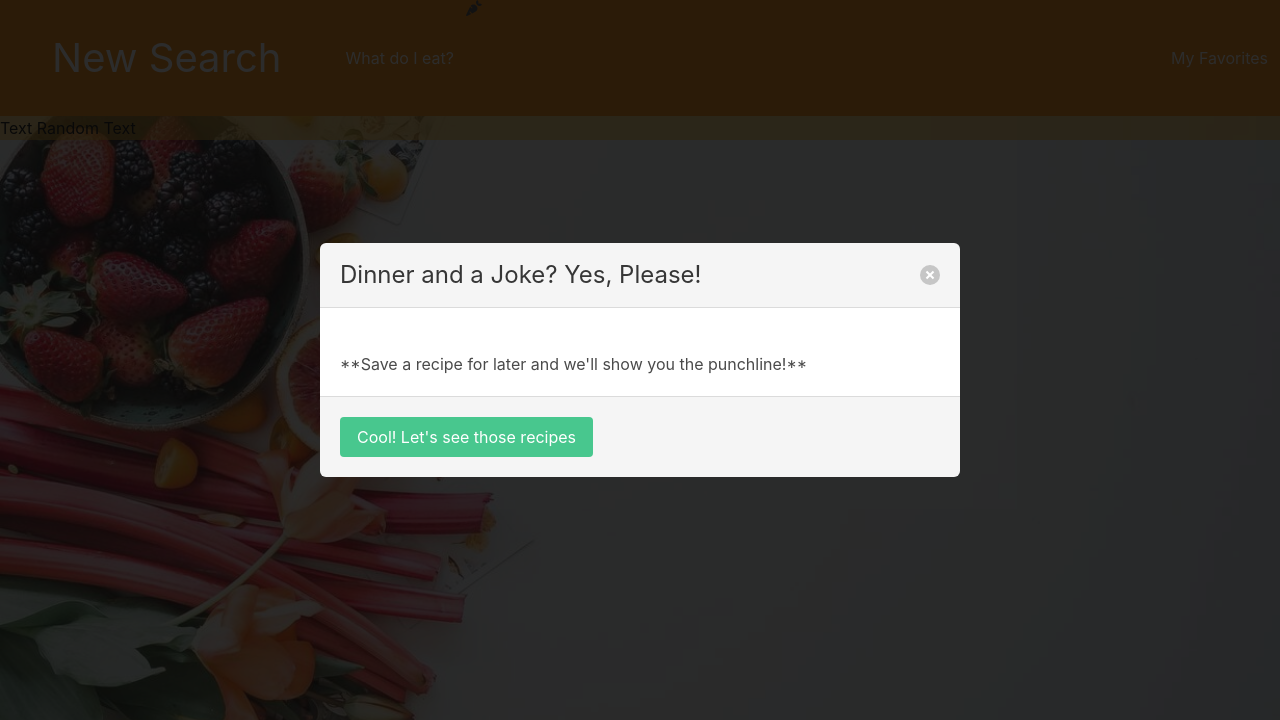
Repository: puakehaulani/the-hungry-app-proj1
Page: results.html
The author's editor kept a copy of each file at every save. The page is drawn from the files as they stood at one save, then again after the next save.
The browser window is 1280 px wide. The pictures show the whole page.
The page's requests for data from a server got no answer. Some web libraries are served in a nearby version.

Above is the page before, as saved 2020-10-16 21:28:54.

After the next save:
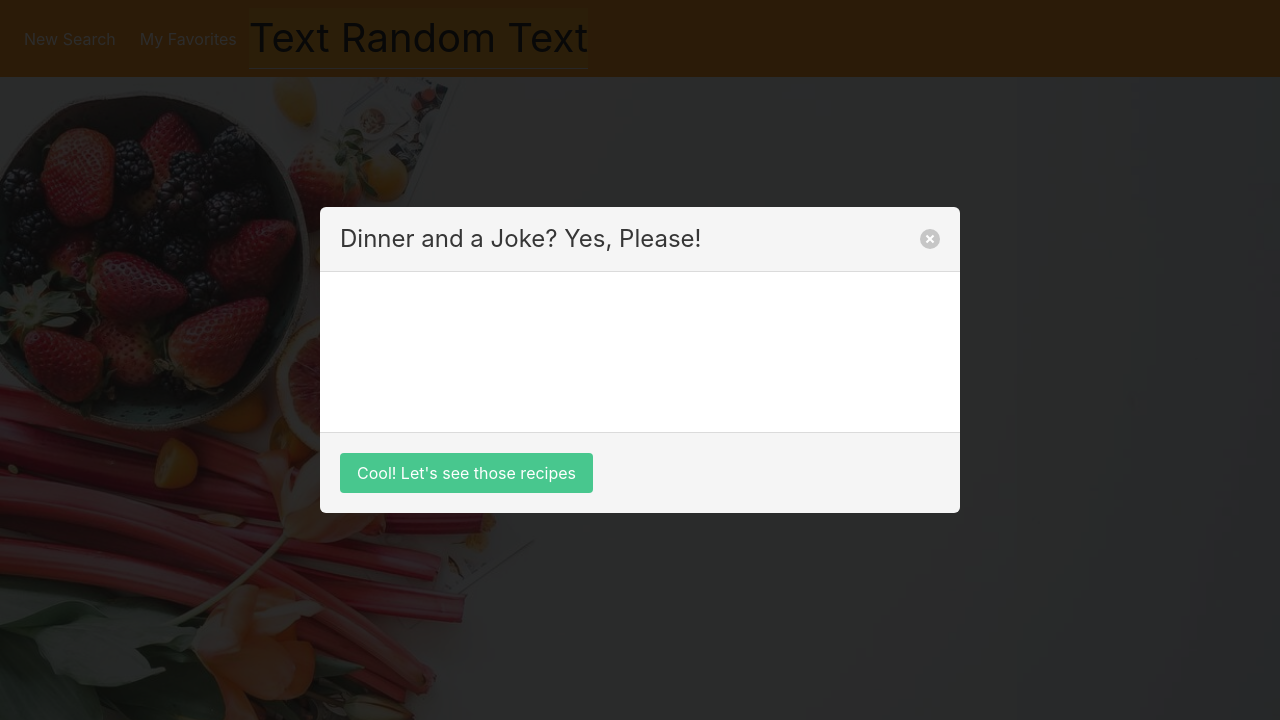
Saved 65 s later.
--- a/results.html
+++ b/results.html
@@ -18,25 +18,20 @@
         <div class="navbar-menu">
             <!-- search new item link  -->
             <div class="navbar-item">
-    <nav class="tabs is-centered is-size-5-mobile is-size-3-tablet is-size-2-widescreen" role="navigation" aria-label="main navigation">
-        <!-- search new item link  -->
-        <div class="level-item">
-                <a href="index.html">New Search</a>
-            </div>
-        </div>
-        <!-- navbar brand in the middle  -->
-        <div class="navbar-item">
-            What do I eat?
-        </div>
-        <i class="fas fa-carrot level-item"></i>
-        <!-- link to favorites page on the left -->
-        <div class="navbar-end">
-            <div class="navbar-item">
-        <div class="level-item">
-                <a href="favorites.html">My Favorites </a>
-            </div>
-        </div>
-    </nav>
+                <nav class="navbar" role="navigation" aria-label="main navigation">
+                    <div class="navbar-menu">
+                        <!-- search new item link  -->
+                        <div class="navbar-item">
+                            <a href="index.html">New Search</a>
+                        </div>
+                    </div>
+                    <!-- link to favorites page on the left -->
+                    <div class="navbar-end">
+                        <div class="navbar-item">
+                            <a href="favorites.html">My Favorites </a>
+                        </div>
+                    </div>
+                <nav class="tabs is-centered is-size-5-mobile is-size-3-tablet is-size-2-widescreen" role="navigation" aria-label="main navigation">
     <ul id="display">
         Text
         Random
